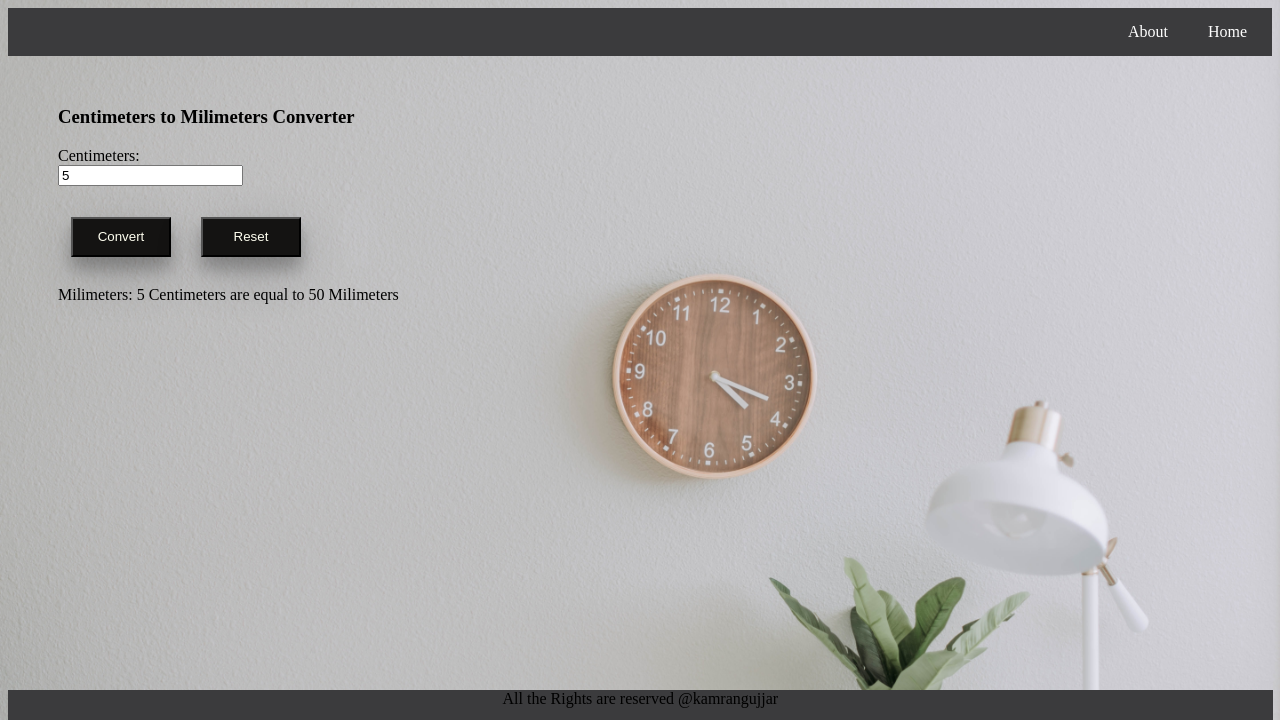
Repository: Kamrangujjar85112/Length-Converter
Page: html/cm_mm.html
These files come from the project's save history. The page is drawn as it stood at one moment and after the next save; the edit follows.
The browser window is 1280 px wide. The pictures show the whole page.
Empty fields were first filled with sample values (such as "Sample", 5 or name@example.com).
After loading, the first visible `#convert` was clicked once.

Above is the page before, as saved 2022-01-21 08:26:17.

### html/cm_mm.html
<!-- centimeters to milimeters -->
<!DOCTYPE html>
<html lang="en">
<head>
    <meta charset="UTF-8">
    <meta http-equiv="X-UA-Compatible" content="IE=edge">
    <meta name="viewport" content="width=device-width, initial-scale=1.0">
    <title></title>
    <link rel="stylesheet" href="../css/style.css">
</head>
<body>
    <div class="container ">
        <div class="header">
            <nav>
                <ul class="nav-ul">
                    <li class="nav-li"><a href="home.html">Home</a></li>
                    <li class="nav-li"><a href="about.html">About</a></li>
                </ul>
            </nav>
        </div>
    <div class="box">
            <h3>Centimeters to Milimeters Converter</h3>

            <label>Centimeters:</label><br>
            <input type="number" id="centimetersToMilimeters" placeholder="Enter Centimeters" value=""><br><br>
            <button id="convert">Convert</button>
            <input type="reset" value="Reset" id="reset"><br>
            <p>Milimeters: <span id="cmtomm"></span></p>

    </div>
            <footer class="footer">
                <span>All the Rights are reserved @kamrangujjar</span>
            </footer>
    </div>
    <script src="../js/converter.js"></script>
</body>
</html>

### css/style.css
  body{
    background-image: url('backg.jpg');
    background-repeat: no-repeat;
    background-attachment: fixed;
    background-size: cover;
}
.header{
    top: 0;
    width: 100%;
    margin: 0;
    position: relative;

}
.nav-ul{
    list-style-type: none;
    margin: 0;
    overflow: hidden;
    background: rgb(59, 59, 61);
  }

.nav-li {
    padding-right: 10px;
    float: right;
    align-items: inherit;
}

.nav-li a {
    display: block;
    color: rgb(255, 255, 255);
    text-align:center;
    padding: 15px 15px;
    text-decoration: none;
}
.link {
    list-style: none;
    text-align: left;
    align-items: left;
    margin: 10px;
    width: 300px;
}
.nav-li a:hover {
    background-color: #0ac577;
}
footer{
    bottom: 0;
    width: 98.8%;
    position: fixed;
    height: 30px;
    text-align: center;
    background: rgb(59, 59, 61);
}
button{
    width: 100%;
    height:40px;
    color: ivory;
    background-color: #141312;
    margin:13px;
    box-shadow: 0 12px 16px 0 rgba(0,0,0,0.24), 0 17px 50px 0 rgba(0,0,0,0.19);
}
#convert{
    width: 100px;
    height:40px;
    color: ivory;
    background-color: #141312;
    margin:13px;
    box-shadow: 0 12px 16px 0 rgba(0,0,0,0.24), 0 17px 50px 0 rgba(0,0,0,0.19);
}
#reset{
    width: 100px;
    height:40px;
    color: ivory;
    background-color: #141312;
    margin:13px;
    box-shadow: 0 12px 16px 0 rgba(0,0,0,0.24), 0 17px 50px 0 rgba(0,0,0,0.19);
}
.box{
    margin: 50px;
    align-content: left;
    border-color:navy;
}

### js/converter.js
const centimetersToMilimeters = document.getElementById('centimetersToMilimeters');
const milesToKilometers = document.getElementById('milesToKilometers');
const metersToCentimeters = document.getElementById('metersToCentimeters');
const centimetersTOKilometers = document.getElementById('centimetersTOKilometers');
const kilometersTOMeters = document.getElementById('kilometersTOMeters');
const MilesToMeters = document.getElementById('MilesToMeters');
const Percentage = document.getElementById('Percentage');
const convert = document.getElementById('convert');
const reset = document.getElementById('reset');


convert.addEventListener('click', function cmtomm(){
    const inputValue = centimetersToMilimeters.value;
    const milimeters = inputValue * 10;

    document.getElementById('cmtomm').innerHTML = inputValue +' Centimeters are equal to ' +milimeters + ' Milimeters';
});
reset.addEventListener('click', function reset(){
    document.getElementById('centimetersToMilimeters').value = ""
    document.getElementById('cmtomm').innerHTML = ""
});

After the next save:
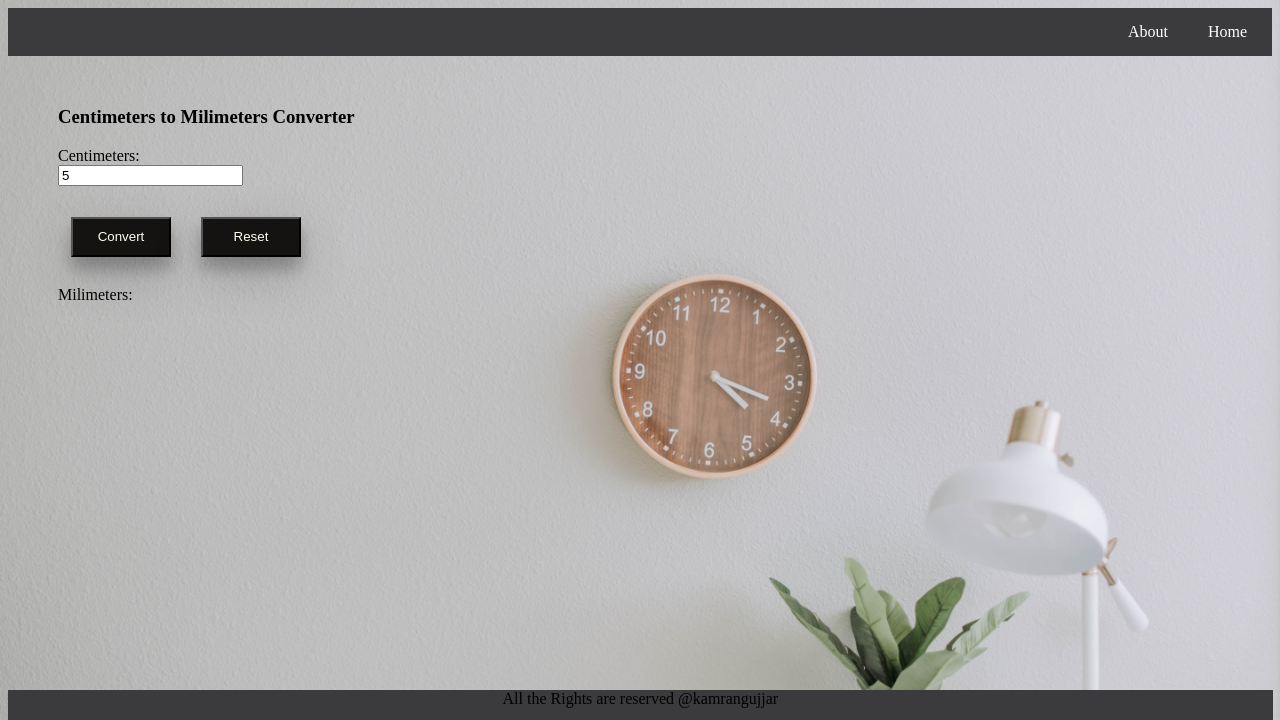
Saved 5 min 48 s later.
--- a/js/converter.js
+++ b/js/converter.js
@@ -13,9 +13,21 @@ convert.addEventListener('click', function cmtomm(){
     const inputValue = centimetersToMilimeters.value;
     const milimeters = inputValue * 10;
 
-    document.getElementById('cmtomm').innerHTML = inputValue +' Centimeters are equal to ' +milimeters + ' Milimeters';
+    document.getElementById('centimetersToMilimeters').innerHTML = inputValue +' Centimeters are equal to ' +milimeters + ' Milimeters';
 });
 reset.addEventListener('click', function reset(){
     document.getElementById('centimetersToMilimeters').value = ""
-    document.getElementById('cmtomm').innerHTML = ""
+    document.getElementById('centimetersToMilimeters').innerHTML = ""
+    document.getElementById('milesToKilometers').value = ""
+    document.getElementById('milesToKilometers').innerHTML = ""
+    document.getElementById('metersToCentimeters').value = ""
+    document.getElementById('metersToCentimeters').innerHTML = ""
+    document.getElementById('centimetersTOKilometers').value = ""
+    document.getElementById('centimetersTOKilometers').innerHTML = ""
+    document.getElementById('kilometersTOMeters').value = ""
+    document.getElementById('kilometersTOMeters').innerHTML = ""
+    document.getElementById('MilesToMeters').value = ""
+    document.getElementById('MilesToMeters').innerHTML = ""
+    document.getElementById('percentage').value = ""
+    document.getElementById('percentage').innerHTML = ""
 });
